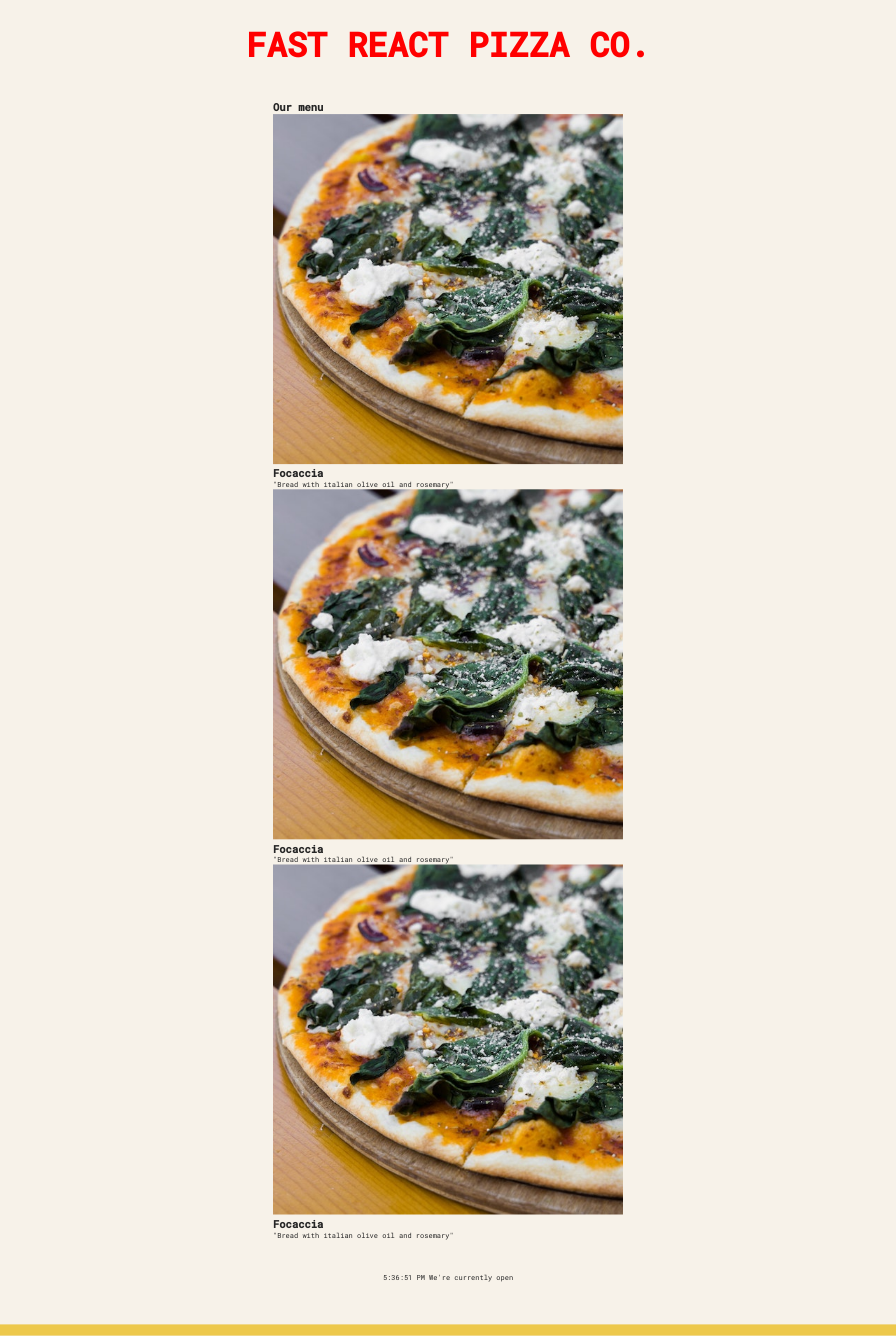
Repository: ahmedharidy/First-React-App
Page: /
These files come from the project's save history. The page is drawn as it stood at one moment and after the next save; the edit follows.
The browser window is 1280 px wide. The pictures show the whole page, at 70% of full size.
The project was rebuilt for these pictures with package versions that can differ from the ones it lists, and the page was loaded fresh each time.

Above is the page before, as saved 2026-09-22 09:12:09.

### src/index.js
import React from "react";
import ReactDOM from "react-dom/client";
import "./index.css";

const pizzaData = [
  {
    name: "Focaccia",
    ingredients: "Bread with italian olive oil and rosemary",
    price: 6,
    photoName: "pizzas/focaccia.jpg",
    soldOut: false,
  },
  {
    name: "Pizza Margherita",
    ingredients: "Tomato and mozarella",
    price: 10,
    photoName: "pizzas/margherita.jpg",
    soldOut: false,
  },
  {
    name: "Pizza Spinaci",
    ingredients: "Tomato, mozarella, spinach, and ricotta cheese",
    price: 12,
    photoName: "pizzas/spinaci.jpg",
    soldOut: false,
  },
  {
    name: "Pizza Funghi",
    ingredients: "Tomato, mozarella, mushrooms, and onion",
    price: 12,
    photoName: "pizzas/funghi.jpg",
    soldOut: false,
  },
  {
    name: "Pizza Salamino",
    ingredients: "Tomato, mozarella, and pepperoni",
    price: 15,
    photoName: "pizzas/salamino.jpg",
    soldOut: true,
  },
  {
    name: "Pizza Prosciutto",
    ingredients: "Tomato, mozarella, ham, aragula, and burrata cheese",
    price: 18,
    photoName: "pizzas/prosciutto.jpg",
    soldOut: false,
  },
];
function App() {
  return (
    <div className="container">
      <Header />
      <Menu />
      <Footer />
    </div>
  );
}

function Pizza() {
  return (
    <div>
      <img src="pizzas/spinaci.jpg" alt="alt"></img>
      <h2>Focaccia</h2>
      <p>"Bread with italian olive oil and rosemary"</p>
    </div>
  );
}

function Header() {
  const style = { color: "red", fontSize: "48px", textTransform: "uppercase" };

  return <h1 style={style}>Fast react pizza co.</h1>;
}
function Menu() {
  return (
    <div>
      <h2>Our menu</h2>
      <Pizza />
      <Pizza />
      <Pizza />
    </div>
  );
}
function Footer() {
  const hour = new Date().getHours();
  const openHour = 12;
  const closeHour = 22;
  const isOpen = hour >= openHour && hour <= closeHour;

  //   if (hour >= openHour && hour <= closeHour) alert("were currently open!");
  //   else alert("sorry were closed");

  return (
    <footer>{new Date().toLocaleTimeString()} We're currently open</footer>
  );
  //   return React.createElement("footer", null, "we're currently open");
}

const root = ReactDOM.createRoot(document.getElementById("root"));

root.render(<App />);

Loaded but not shown: public/index.html (common file); src/index.css (common file)

After the next save:
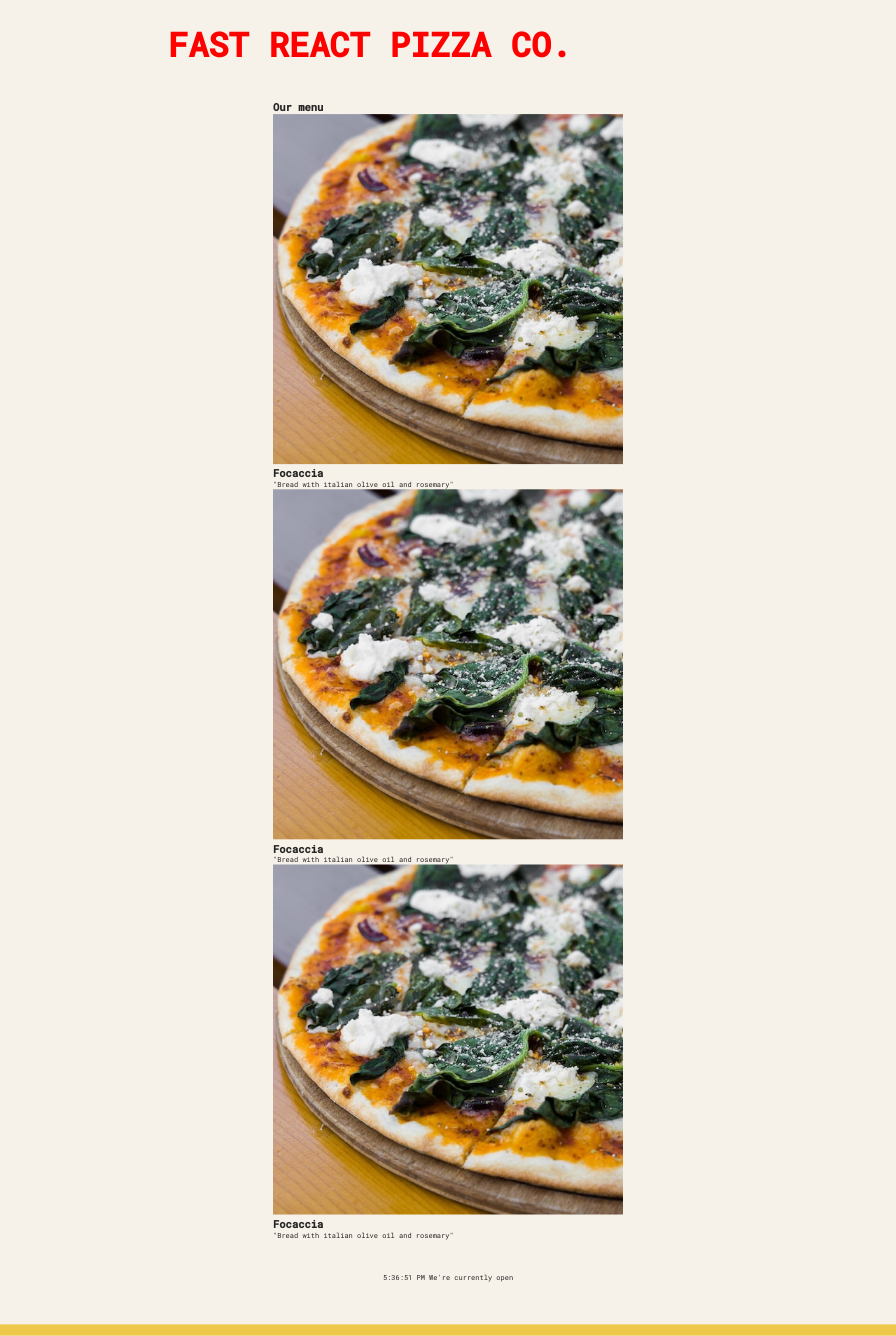
Saved 59 s later.
--- a/src/index.js
+++ b/src/index.js
@@ -69,7 +69,11 @@ function Pizza() {
 function Header() {
   const style = { color: "red", fontSize: "48px", textTransform: "uppercase" };
 
-  return <h1 style={style}>Fast react pizza co.</h1>;
+  return (
+    <h1 style={style} className="header">
+      Fast react pizza co.
+    </h1>
+  );
 }
 function Menu() {
   return (
